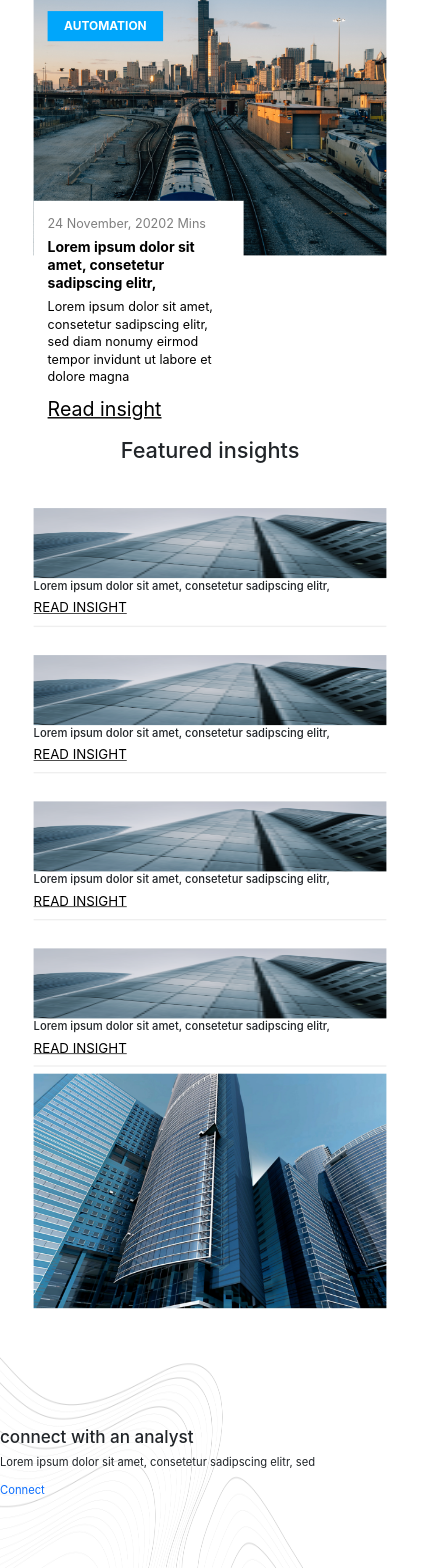
Repository: arif286/Business-webpage
Page: /
An editor plug-in stored every save of this project. The page is shown before and after the next save, followed by the edit.
The browser window is 600 px wide. The page is 602 px wide, so the pictures cover 602 px, including what lies to the right of the window. The pictures show the part of the page from y = 4087 to 6327 px (the page is 6327 px tall before and 6057 px after), at 70% of full size.
The project was rebuilt for these pictures with package versions that can differ from the ones it lists, and the page was loaded fresh each time. Also part of the build but not shown: src/components/MainHeader/MainHeader.css, src/components/NotFound/NotFound.js.

Above is the page before, as saved 2021-05-27 17:16:50.

### src/App.js
import "bootstrap/dist/css/bootstrap.min.css";
import { BrowserRouter as Router, Route, Switch } from "react-router-dom";
import Home from "./components/Home/Home";
import NotFound from "./components/NotFound/NotFound";
function App() {
  return (
    <Router>
      <Switch>
        <Route path="/">
          <Home />
        </Route>
        <Route exact path="/">
          <Home />
        </Route>
        <Route path="*">
          <NotFound />
        </Route>
      </Switch>
    </Router>
  );
}

export default App;

### src/components/Home/Home.js
import React from 'react';
import Blog from '../Blog/Blog';
import Community from '../Community/Community';
import Contact from '../Contact/Contact';
import Featured from '../Featured/Featured';
import MainHeader from '../MainHeader/MainHeader';
import Testimonial from '../Testimonial/Testimonial';
import TopHeader from '../TopHeader/TopHeader';

const Home = () => {
    return (
        <>
            <TopHeader />
            <MainHeader />
            <Community />
            <Testimonial />
            <Blog />
            <Featured />
            <Contact/>
        </>
    );
};

export default Home;

### src/components/Blog/Blog.js
import React from "react";
import { Col, Row } from "react-bootstrap";
import blogImage from '../../Images/event-1.png';
import "./Blog.css";

const Blog = () => {
  return (
    <div className="px-5 event-area">
      <h1 className='text-center mt-4 mb-4'>What's new</h1>
      <Row>
        <Col lg={4}>
          <div className="blog-wrap">
            <div className="blog-img">
              <img className="w-100 h-100" src={blogImage} alt="" />
              <a className="ig-btn" href="h">
                AUTOMATION
              </a>
            </div>
            <div className="event-content-wrap new-wrap">
              <div className="event-content-top-fx">
                <div className="single-top">
                  <p>
                    24 November, 2020
                    <span>2 Mins</span>
                  </p>
                </div>
                <div className="new-box-wrap">
                  <h4>
                    Lorem ipsum dolor sit amet, consetetur sadipscing elitr,
                  </h4>
                  <p>
                    Lorem ipsum dolor sit amet, consetetur sadipscing elitr, sed
                    diam nonumy eirmod tempor invidunt ut labore et dolore magna
                  </p>
                  <a href="http">
                    Read insight
                  </a>
                </div>
              </div>
            </div>
          </div>
        </Col>
        <Col lg={4}>
          <div className="blog-wrap">
            <div className="blog-img">
              <img className="w-100 h-100" src={blogImage} alt="" />
              <a href="h" className="ig-btn">
                AUTOMATION
              </a>
            </div>
            <div className="event-content-wrap new-wrap">
              <div className="event-content-top-fx">
                <div className="single-top">
                  <p>
                    24 November, 2020
                    <span>2 Mins</span>
                  </p>
                </div>
                <div className="new-box-wrap">
                  <h4>
                    Lorem ipsum dolor sit amet, consetetur sadipscing elitr,
                  </h4>
                  <p>
                    Lorem ipsum dolor sit amet, consetetur sadipscing elitr, sed
                    diam nonumy eirmod tempor invidunt ut labore et dolore magna
                  </p>
                  <a href="http">Read insight</a>
                </div>
              </div>
            </div>
          </div>
        </Col>
        <Col lg={4}>
          <div className="blog-wrap">
            <div className="blog-img">
              <img className="w-100 h-100" src={blogImage} alt="" />
              <a href="h" className="ig-btn">
                AUTOMATION
              </a>
            </div>
            <div className="event-content-wrap new-wrap">
              <div className="event-content-top-fx">
                <div className="single-top">
                  <p>
                    24 November, 2020
                    <span>2 Mins</span>
                  </p>
                </div>
                <div className="new-box-wrap">
                  <h4>
                    Lorem ipsum dolor sit amet, consetetur sadipscing elitr,
                  </h4>
                  <p>
                    Lorem ipsum dolor sit amet, consetetur sadipscing elitr, sed
                    diam nonumy eirmod tempor invidunt ut labore et dolore magna
                  </p>
                  <a href="http">Read insight</a>
                </div>
              </div>
            </div>
          </div>
        </Col>
      </Row>
    </div>
  );
};

export default Blog;

### src/components/Community/Community.js
import React from 'react';
import { Col, Row } from 'react-bootstrap';
import './Community.css';

const Community = () => {
    return (
      <div className='px-5'>
        <h2 className="engage-title">Engage with our community</h2>
        <Row>
          <Col md={12} lg={4} className="pb-4">
            <div className="engage-text engage-1">
              <p>Connect & Network with our community of thought leaders</p>
            </div>
          </Col>
          <Col md={12} lg={4} className="pb-4">
            <div className="engage-text engage-2">
              <p>Connect & Network with our community of thought leaders</p>
            </div>
          </Col>
          <Col md={12} lg={4} className="pb-4">
            <div className="engage-text engage-2">
              <p>Connect & Network with our community of thought leaders</p>
            </div>
          </Col>
        </Row>
      </div>
    );
};

export default Community;

### src/components/Contact/Contact.js
import React from 'react';
import './Contact.css';

const Contact = () => {
    return (
      <div className="contact-bg">
        <div className='connect-wrap'>
          <h3>connect with an analyst</h3>
          <p>Lorem ipsum dolor sit amet, consetetur sadipscing elitr, sed</p>
            </div>
            <a href="http">Connect</a>
      </div>
    );
};

export default Contact;

### src/components/Featured/Featured.js
import React from "react";
import { Col, Row } from "react-bootstrap";
import sideBanner from "../../Images/f1.png";
import featuredImage from "../../Images/f3.png";
import FeaturedColumn from "./FeaturedColumn";

const FeaturedData = [
  {
    image: featuredImage,
    text: "Lorem ipsum dolor sit amet, consetetur sadipscing elitr,",
  },
  {
    image: featuredImage,
    text: "Lorem ipsum dolor sit amet, consetetur sadipscing elitr,",
  },
  {
    image: featuredImage,
    text: "Lorem ipsum dolor sit amet, consetetur sadipscing elitr,",
  },
  {
    image: featuredImage,
    text: "Lorem ipsum dolor sit amet, consetetur sadipscing elitr,",
  },

];
const Featured = () => {
  return (
    <div className="px-5">
      <h1 className='text-center mt-md-3 mb-4'>Featured insights</h1>
      <Row className='align-items-center'>
        <Col sm={12} lg={4}>
          {FeaturedData.map((item) => (
            <FeaturedColumn card={item} />
          ))}
        </Col>
        <Col sm={12} lg={8}>
          <img className='w-100' src={sideBanner} alt="" />
        </Col>
      </Row>
    </div>
  );
};

export default Featured;

### src/components/MainHeader/MainHeader.js
import { faBars } from '@fortawesome/free-solid-svg-icons';
import { FontAwesomeIcon } from "@fortawesome/react-fontawesome";
import React from 'react';
import { Nav, Navbar } from 'react-bootstrap';
import './MainHeader.css';
const MainHeader = () => {
    const Bars = <FontAwesomeIcon icon={faBars} />;
    return (
      <div className="container-fluid">
        <Navbar className="px-5" expand="md">
          <Navbar.Brand href="#home">{Bars}</Navbar.Brand>
          <Navbar.Toggle aria-controls="basic-navbar-nav" />
          <Navbar.Collapse id="basic-navbar-nav">
            <Nav className="mr-auto">
              <Nav.Link href="#home">Home</Nav.Link>
              <Nav.Link href="#link">Insights</Nav.Link>
              {/* <NavDropdown title="Dropdown" id="basic-nav-dropdown">
                <NavDropdown.Item href="#action/3.1">Action</NavDropdown.Item>
                <NavDropdown.Item href="#action/3.2">
                  Another action
                </NavDropdown.Item>
                <NavDropdown.Item href="#action/3.3">
                  Something
                </NavDropdown.Item>
                <NavDropdown.Divider />
                <NavDropdown.Item href="#action/3.4">
                  Separated link
                </NavDropdown.Item>
              </NavDropdown> */}
              <Nav.Link href="#link">Services</Nav.Link>
              <Nav.Link href="#link">Community</Nav.Link>
              <Nav.Link href="#link">Events</Nav.Link>
              <Nav.Link href="#link">About US</Nav.Link>
            </Nav>
          </Navbar.Collapse>
        </Navbar>
      </div>
    );
};

export default MainHeader;

### src/components/Testimonial/Testimonial.js
import React from "react";
import SliderImage from "../../Images/meer-shap.png";
import Image from '../../Images/meet.png';
import './Testimonial.css';

const Testimonial = () => {
  return (
    <div className="px-5">
      <div
        id="carouselExampleIndicators"
        class="carousel slide"
        data-bs-ride="carousel"
      >
        <div class="carousel-indicators">
          <button
            type="button"
            data-bs-target="#carouselExampleIndicators"
            data-bs-slide-to="0"
            class="active"
            aria-current="true"
            aria-label="Slide 1"
          ></button>
          <button
            type="button"
            data-bs-target="#carouselExampleIndicators"
            data-bs-slide-to="1"
            aria-label="Slide 2"
          ></button>
        </div>
        <div className="carousel-inner">
          <div class="carousel-item carousel-bg active">
            <div className="meet-bg">
              <img src={SliderImage} alt="" />
            </div>
            <div className="testi-btn">
              <a href="http">Testimonial</a>
            </div>
            <div className="row">
              <div className='d-lg-flex align-items-center '>
                <div className="meet-img text-center">
                  <img src={Image} alt="" />
                </div>
                <div className="meet-content text-center pb-5">
                  <h4>Meet Edward, CEO of HappyFoods</h4>
                  <p>
                    “Working with the syndicate involves carefully analysing
                    rapidly changing trends & creating the future”
                  </p>
                  <a href="http">CONNECT WITH AN ANALYST</a>
                </div>
              </div>
            </div>
          </div>
          <div class="carousel-item carousel-bg ">
            <div className="meet-bg">
              <img src={SliderImage} alt="" />
            </div>
            <div className="test-btn">
              <a href="http">Testimonial</a>
            </div>
            <div className="row">
              <div>
                <div className="meet-img">
                  <img src={Image} alt="" />
                </div>
                <div className="meet-content">
                  <h4>Meet Edward, CEO of HappyFoods</h4>
                  <p>
                    “Working with the syndicate involves carefully analysing
                    rapidly changing trends & creating the future”
                  </p>
                  <a href="http">CONNECT WITH AN ANALYST</a>
                </div>
              </div>
            </div>
          </div>
        </div>
      </div>
    </div>
  );
};

export default Testimonial;

### src/components/TopHeader/TopHeader.js
import { faFacebook, faInstagram, faLinkedin, faTwitter } from '@fortawesome/free-brands-svg-icons';
import { FontAwesomeIcon } from "@fortawesome/react-fontawesome";
import React from 'react';
import { Col, Row } from 'react-bootstrap';
import './TopHeader.css';

const TopHeader = () => {
    const Facebook = <FontAwesomeIcon icon={faFacebook} />;
    const Twitter = <FontAwesomeIcon icon={faTwitter} />;
    const Instagram = <FontAwesomeIcon icon={faInstagram} />;
    const LinkedIn = <FontAwesomeIcon icon={faLinkedin} />;
    return (
      <div className="header-top">
        <div className="container-fluid">
          <Row>
            <Col lg={12}>
              <div className="d-flex align-items-center justify-content-between">
                <div className="header-top-icon">
                  <a href="#h">{Facebook}</a>
                  <a href="#h">{Instagram}</a>
                  <a href="#h">{Twitter}</a>
                  <a href="#h">{LinkedIn}</a>
                </div>
                <div className='header-top-text'>
                  <p>The Analyst syndicate</p>
                </div>
                <div className="header-top-btn">
                  <a href='#l'>Let's Talk</a>
                </div>
              </div>
            </Col>
          </Row>
        </div>
      </div>
    );
};

export default TopHeader;

### src/components/Blog/Blog.css
.event-area {
  height: 900px;
  padding-bottom: 0;
  background: #fff;
}
.single-top p {
  font-size: 20px;
  color: #000;
  opacity: 0.5;
  line-height: 40px;
  margin-bottom: 10px;
}
.blog-img {
  position: relative;
}
.blog-img img {
  transition: 0.6s;
}
.ig-btn {
  width: 165px;
  height: 43px;
  background: #00a6fb;
  display: flex;
  align-items: center;
  justify-content: center;
  color: #fff;
  font-size: 17px;
  font-weight: 700;
  position: absolute;
  top: 30px;
  left: 20px;
  border: 2px solid transparent;
  transition: 0.3s;
}
.blog-wrap {
  position: relative;
}
.event-content-wrap.new-wrap {
  bottom: -327px;
}
.event-content-wrap {
  background: #fff;
  padding: 30px 40px;
  width: 508px;
  position: absolute;
  bottom: -137px;
}
.new-box-wrap h4 {
  font-size: 32px;
  color: #000000;
  line-height: 40px;
  font-weight: 700;
}
.new-box-wrap p {
  font-size: 20px;
  line-height: 40px;
  color: #000000;
  margin-bottom: 20px;
}
.new-box-wrap a {
  font-size: 28px;
  color: #000;
  text-decoration: underline;
}
@media (min-width: 1440px) and (max-width: 1800px) {
  .event-content-wrap {
    background: #fff;
    padding: 30px 40px;
    width: 424px;
    position: absolute;
    bottom: -137px;
  }
  .new-box-wrap h4 {
    font-size: 23px;
    line-height: 28px;
  }
  .new-box-wrap p {
    font-size: 18px;
    line-height: 32px;
    margin-bottom: 20px;
  }
  .new-box-wrap a {
    font-size: 21px;
  }
  .event-area {
    height: 800px;
  }
}

@media (min-width: 992px) and (max-width: 1200px) {
  .event-content-wrap.new-wrap {
    bottom: -223px;
    position: unset;
    bottom: 0;
    margin-top: -78px;
    position: relative;
  }
  .event-content-wrap {
    padding: 20px 20px;
    width: 268px;
    bottom: -137px;
  }
  .new-box-wrap h4 {
    font-size: 19px;
    line-height: 26px;
  }
  .new-box-wrap p {
    font-size: 18px;
    line-height: 25px;
    margin-bottom: 12px;
  }
  .new-box-wrap a {
    font-size: 20px;
  }
  .event-area {
    height: auto;
  }
}
@media (min-width: 1200px) and (max-width: 1400px) {
  .event-area {
    height: 720px;
  }
}

@media (min-width: 768px) and (max-width: 991px) {
  .event-content-wrap {
    padding: 20px 20px;
    width: 460px;
    bottom: -137px;
    position: relative;
    bottom: 0;
    margin-top: -55px;
  }
  .event-content-wrap.new-wrap {
    bottom: -223px;
    position: unset;
    bottom: 0;
    margin-top: -78px;
    position: relative;
  }
  .new-box-wrap h4 {
    font-size: 20px;
    line-height: 26px;
  }
  .new-box-wrap p {
    font-size: 18px;
    line-height: 25px;
    margin-bottom: 12px;
  }
  .event-area {
    height: auto;
  }
}
@media only screen and (min-width: 320px) and (max-width: 767px) {
  .single-top p {
    font-size: 18px;
    line-height: 25px;
    margin-bottom: 8px;
  }
  .event-content-wrap {
    padding: 20px 20px;
    width: 300px;
    bottom: -137px;
    position: relative;
    bottom: 0;
    margin-top: -55px;
  }
  .event-content-wrap.new-wrap {
    bottom: -223px;
    position: unset;
    bottom: 0;
    margin-top: -78px;
    position: relative;
  }
  .new-box-wrap h4 {
    font-size: 20px;
    line-height: 26px;
  }
  .new-box-wrap p {
    font-size: 18px;
    line-height: 25px;
    margin-bottom: 12px;
  }
  .event-area {
    height: auto;
  }
}

### src/components/Community/Community.css
.engage-1 {
  background-image: url(../../Images/e1.png);
}
.engage-2 {
  background-image: url(../../Images/e2.png);
}
.engage-3 {
  background-image: url(../../Images/e3.png);
}
.engage-text {
  height: 560px;
  background-size: 100% 100%;
  background-position: center center;
  padding-left: 50px;
  padding-bottom: 50px;
  display: flex;
  align-items: flex-end;
}
.engage-text p {
  margin: 0;
  color: #fff;
  font-size: 32px;
  font-weight: 700;
  line-height: 44px;
  max-width: 400px;
}
.engage-title {
  text-align: center;
  font-weight: 900;
  text-transform: uppercase;
  font-size: 35px;
  margin-top: 50px;
  margin-bottom: 50px;
}
@media (min-width: 768px) and (max-width: 991px) {
  .engage-text p {
    margin: 0;
    font-size: 20px;
    line-height: 25px;
  }
  .engage-title {
    text-align: center;
    font-weight: 900;
    text-transform: uppercase;
    font-size: 25px;
  }
}

### src/components/Contact/Contact.css
.contact-bg {
  background-image: url(../../Images/conect-bg.png);
  padding-top: 170px;
  padding-bottom: 100px;
  background-size: 100% 100%;
  background-position: center;
}

### src/components/Featured/FeaturedColumn.js
import React from 'react';
import './Featured.css';

const FeaturedColumn = ({ card }) => {
    console.log(card);
  return (
    <>
      <div className="single-featured-box">
        <img src={card.image} alt="" />
        <div className="featured-content">
          <h5>{card.text}</h5>
          <a href="http">READ INSIGHT</a>
        </div>
      </div>
    </>
  );
};

export default FeaturedColumn;

### src/components/Testimonial/Testimonial.css
.carousel-bg {
  background-color: #111111;
}
.testi-btn a {
  width: 308px;
  height: 61px;
  color: #000;
  font-size: 28px;
  display: flex;
  align-items: center;
  justify-content: center;
  background: #91c499;
  position: absolute;
  top: 0;
  right: 0;
  border: 2px solid transparent;
  transition: 0.3s;
}
.meet-img img {
  width: 275px;
  height: 275px;
  margin-right: 35px;
  margin-left: 50px;
}
.meet-content {
  max-width: 970px;
}
.meet-content h4 {
  font-size: 39px;
  color: #fff;
  line-height: 56px;
  margin-bottom: 20px;
}
.meet-content p {
  font-size: 30px;
  color: #fff;
  line-height: 50px;
}
.meet-content a {
  color: #fff;
  font-size: 28px;
  text-decoration: underline;
  font-weight: 600;
}
@media (min-width: 992px) and (max-width: 1200px) {
  .meet-content h4 {
    font-size: 28px;
    line-height: 33px;
    margin-bottom: 6px;
  }
  .meet-content p {
    font-size: 22px;
    line-height: 29px;
    margin-bottom: 10px;
  }
  .meet-content a {
    font-size: 22px;
  }
}
@media only screen and (min-width: 320px) and (max-width: 767px) {
  .meet-content a {
    font-size: 16px;
  }
  .meet-content h4 {
    font-size: 21px;
    line-height: 26px;
    margin-bottom: 6px;
  }
  .meet-content p {
    font-size: 20px;
    line-height: 29px;
    margin-bottom: 17px;
  }
}

### src/components/TopHeader/TopHeader.css
a {
  text-decoration: none;
}
.header-top {
  padding-left: 77px;
  border-bottom: 2px solid #eeeeee;
}
.header-top-icon a {
  width: 30px;
  height: 30px;
  background: #211f20;
  display: inline-block;
  border-radius: 34px;
  text-align: center;
  color: #fff;
  font-size: 14px;
  line-height: 29px;
  margin-right: 7px;
}
.header-top-text p {
  margin: 0;
  font-size: 28px;
  color: #000000;
  font-weight: 700;
  line-height: 32px;
  text-transform: uppercase;
}
.header-top-btn a {
  width: 314px;
  height: 98px;
  background: #111111;
  border: 2px solid transparent;
  transition: 0.3s;
  display: flex;
  align-items: center;
  justify-content: space-between;
  padding-left: 74px;
  padding-right: 80px;
  font-size: 21px;
  color: #fff;
}

### src/components/Featured/Featured.css
.single-featured-box {
  display: flex;
  align-items: center;
  padding-bottom: 33px;
  margin-bottom: 33px;
  border-bottom: 2px solid #efefef;
}
.single-featured-box img {
  margin-right: 30px;
}
.featured-content h5 {
  font-size: 20px;
  line-height: 25px;
  margin-bottom: 10px;
}
.featured-content a {
  font-size: 19px;
  color: #000000;
  text-decoration: underline;
}
@media (min-width: 1200px) and (max-width: 1439px) {
  .single-featured-box {
    padding-bottom: 20px;
    margin-bottom: 20px;
  }
  .featured-content h5 {
    font-size: 20px;
    line-height: 25px;
    margin-bottom: 10px;
  }
  .featured-content a {
    font-size: 16px;
  }
}
@media (min-width: 992px) and (max-width: 1200px) {
  .single-featured-box {
    margin-top: 40px;
    display: block;
    padding-bottom: 10px;
    margin-bottom: 10px;
  }
  .featured-content h5 {
    font-size: 16px;
    line-height: 22px;
    margin-bottom: 7px;
  }
}
@media (min-width: 768px) and (max-width: 991px) {
  .single-featured-box {
    margin-top: 40px;
    display: block;
    padding-bottom: 10px;
    margin-bottom: 10px;
  }
  .featured-content h5 {
    font-size: 16px;
    line-height: 22px;
    margin-bottom: 7px;
  }
}
@media only screen and (min-width: 320px) and (max-width: 767px) {
  .single-featured-box {
    padding-bottom: 10px;
    margin-bottom: 10px;
    margin-top: 40px;
    display: block;
  }
  .featured-content h5 {
    font-size: 16px;
    line-height: 22px;
    margin-bottom: 7px;
  }
  .single-featured-box img {
    width: 100%;
    margin-right: 0px;
    height: 100px;
  }
}

Loaded but not shown: public/index.html (common file); src/index.js (common file); src/index.css (common file)

After the next save:
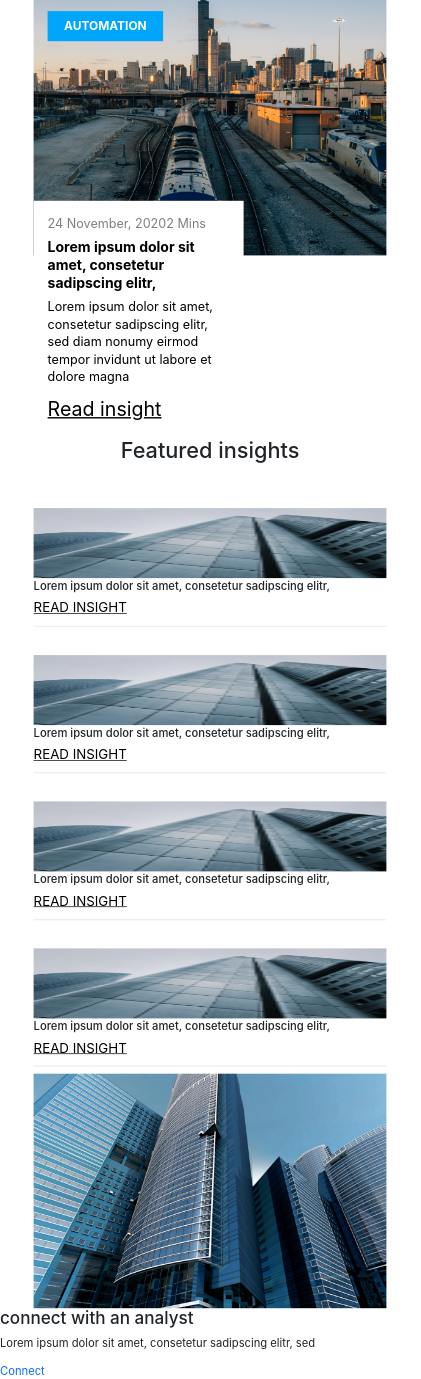
Saved 77 s later.
--- a/src/components/Contact/Contact.css
+++ b/src/components/Contact/Contact.css
@@ -1,7 +1,13 @@
-.contact-bg {
+.connect-area {
   background-image: url(../../Images/conect-bg.png);
   padding-top: 170px;
   padding-bottom: 100px;
   background-size: 100% 100%;
   background-position: center;
 }
+@media only screen and (min-width: 320px) and (max-width: 767px) {
+  .connect-area {
+    padding-top: 40px;
+    padding-bottom: 40px;
+  }
+}
